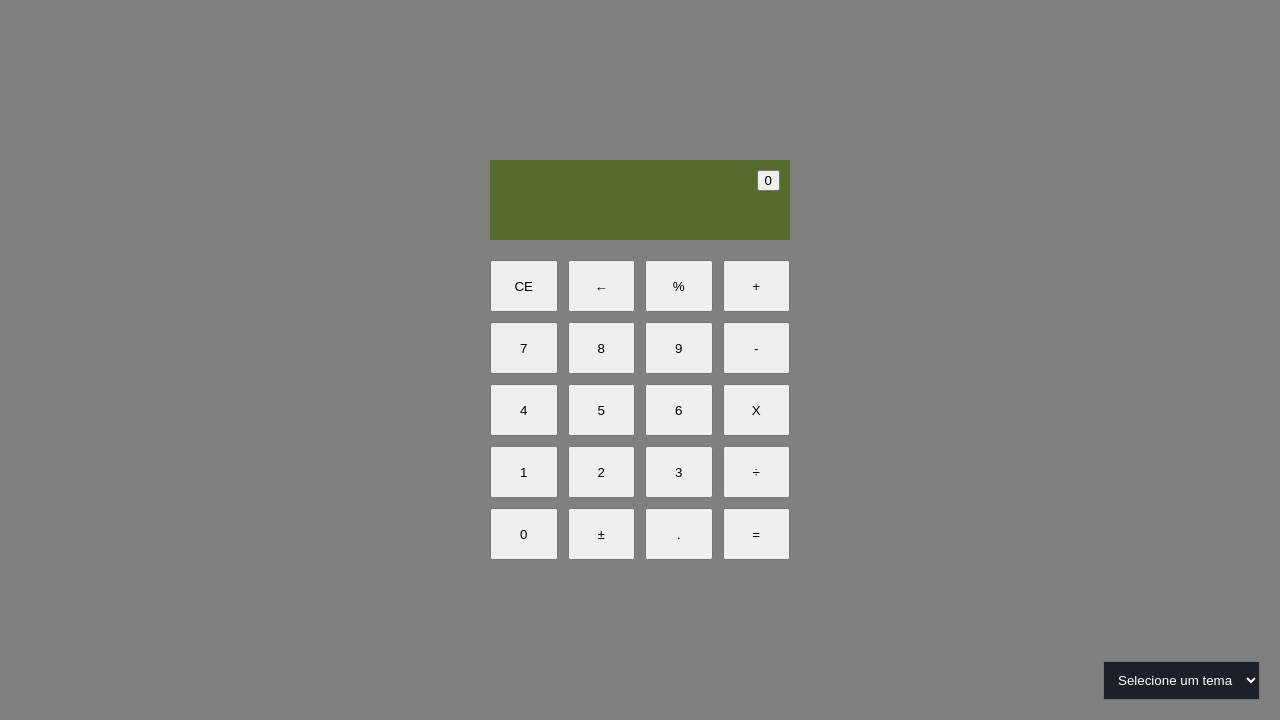
Repository: thislucasme/changing-theme-color-html-css-js
Page: index.html
These files come from the project's save history. The page is drawn as it stood at one moment and after the next save; the edit follows.
The browser window is 1280 px wide. The pictures show the whole page.

Above is the page before, as saved 2022-06-29 16:03:12.

After the next save:
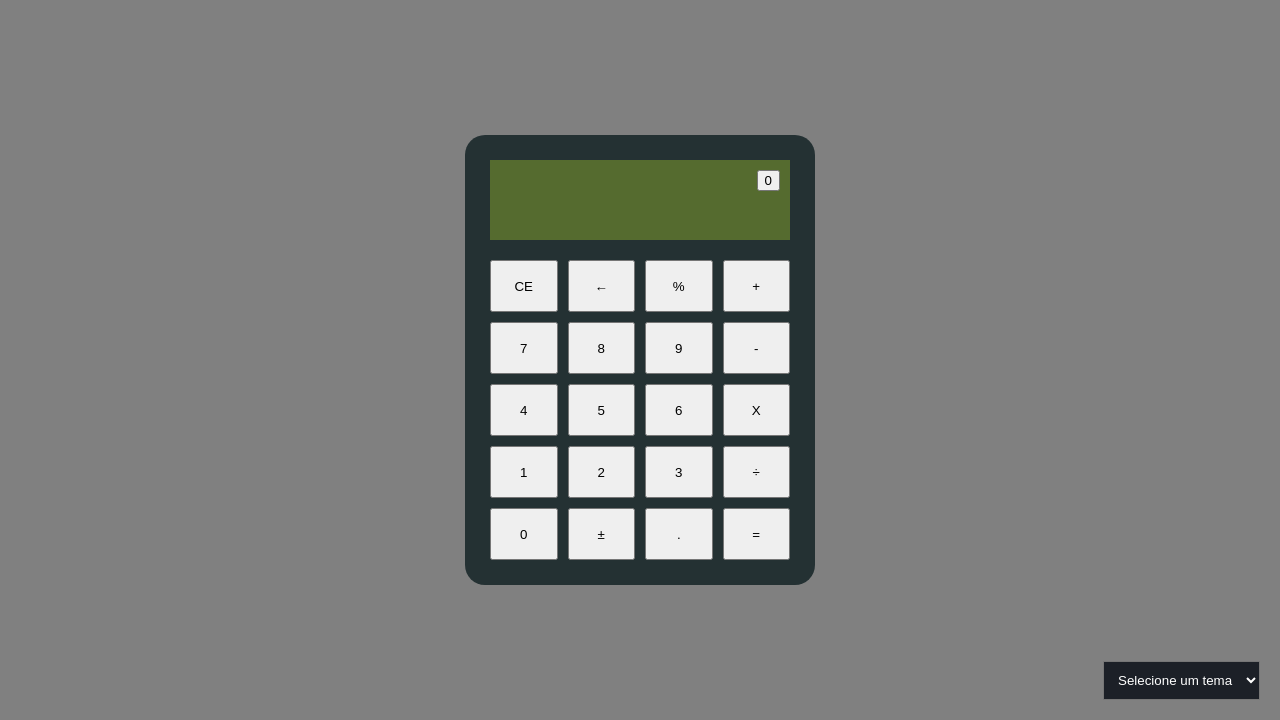
Saved 22 s later.
--- a/js/script.js
+++ b/js/script.js
@@ -229,4 +229,4 @@ function setTheme(themeName) {
     // localStorage.setItem('theme', themeName);
     document.documentElement.className = themeName;
 }
-setTheme();
+setTheme('theme-dark');
